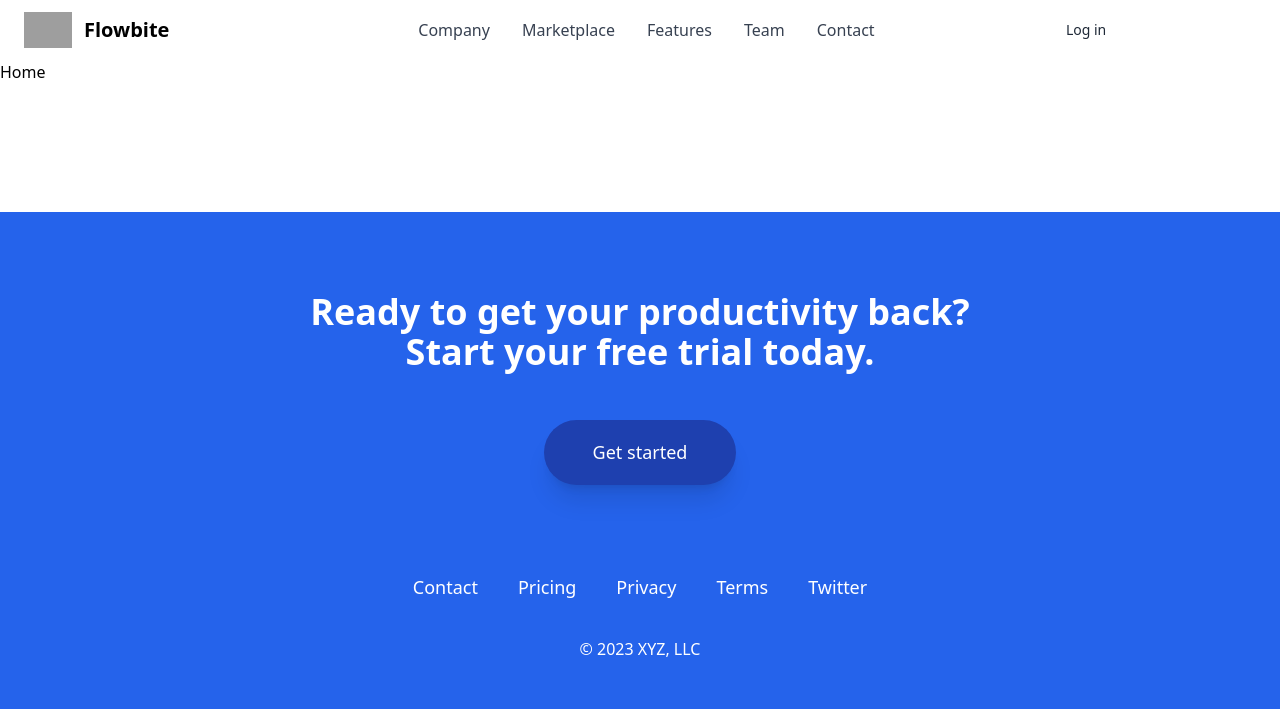
Repository: HzTung/quiz_laravel_vue
Page: / (app in Frontend/)
The author's editor kept a copy of each file at every save. The page is drawn from the files as they stood at one save, then again after the next save.
The browser window is 1280 px wide. The pictures show the whole page.
Pictures or frames that could not be fetched are drawn as grey boxes. The project was rebuilt for these pictures with package versions that can differ from the ones it lists, and the page was loaded fresh each time. Also part of the build but not shown: Frontend/vite.config.js, Frontend/src/views/Login.vue, Frontend/src/views/SignUp.vue.

Above is the page before, as saved 2024-08-09 13:08:01.

After the next save:
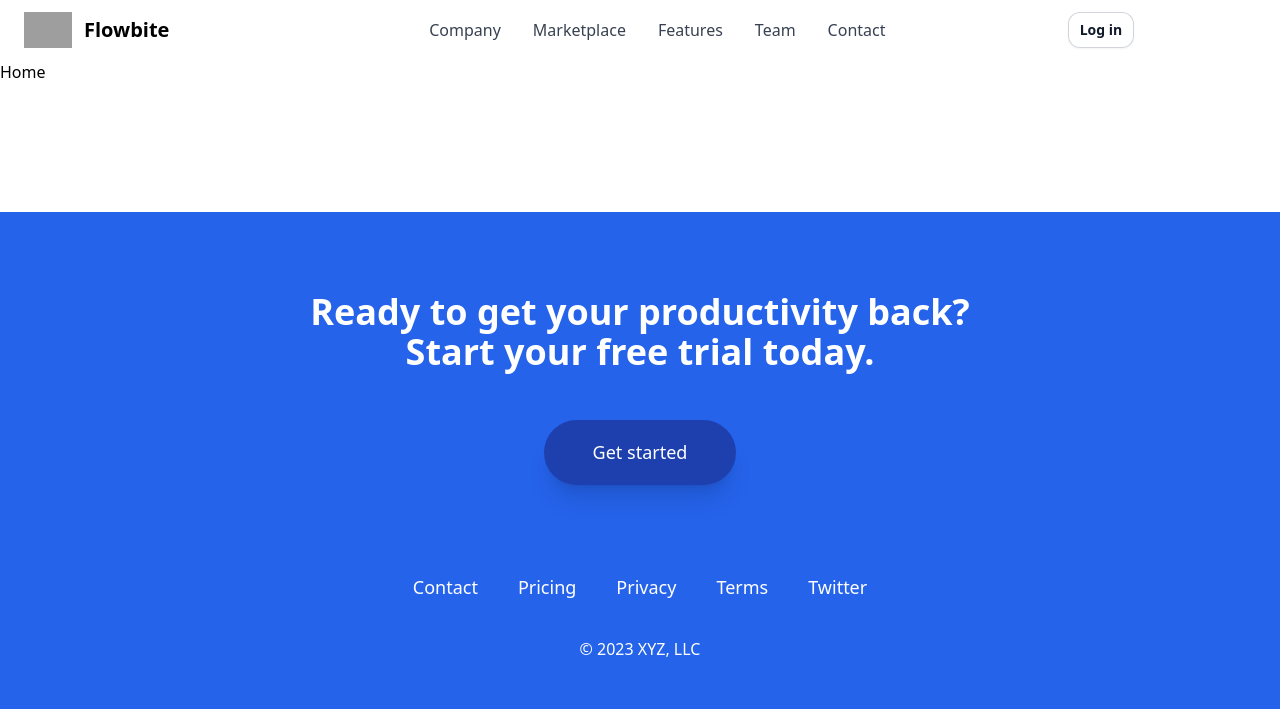
Saved 13 min 40 s later.
--- a/Frontend/src/components/HeaderView.vue
+++ b/Frontend/src/components/HeaderView.vue
@@ -20,7 +20,7 @@
                 <div class="flex items-center lg:order-2">
                     <a
                         href="#"
-                        class="text-gray-800 dark:text-white hover:bg-gray-50 focus:ring-4 focus:ring-gray-300 font-medium rounded-lg text-sm px-4 lg:px-5 py-2 lg:py-2.5 mr-2 dark:hover:bg-gray-700 focus:outline-none dark:focus:ring-gray-800"
+                        class="hidden items-center justify-center rounded-xl bg-white px-3 py-2 text-sm font-semibold text-gray-900 shadow-sm ring-1 ring-inset ring-gray-300 transition-all duration-150 hover:bg-gray-50 sm:inline-flex"
                         >Log in</a
                     >
                     <a
